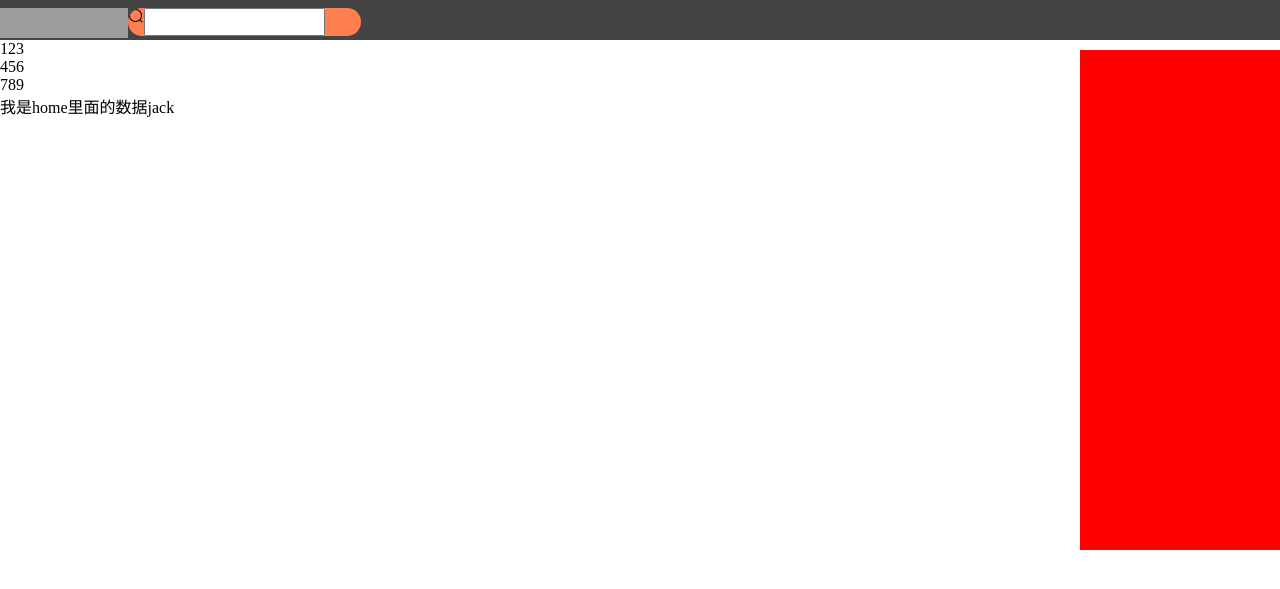
Repository: jinggegeZ/cnode
Page: /
An editor plug-in stored every save of this project. The page is shown before and after the next save, followed by the edit.
The browser window is 1280 px wide. The pictures show the whole page.
Pictures or frames that could not be fetched are drawn as grey boxes. The project was rebuilt for these pictures with package versions that can differ from the ones it lists, and the page was loaded fresh each time.

Above is the page before, as saved 2020-06-05 11:55:45.

After the next save:
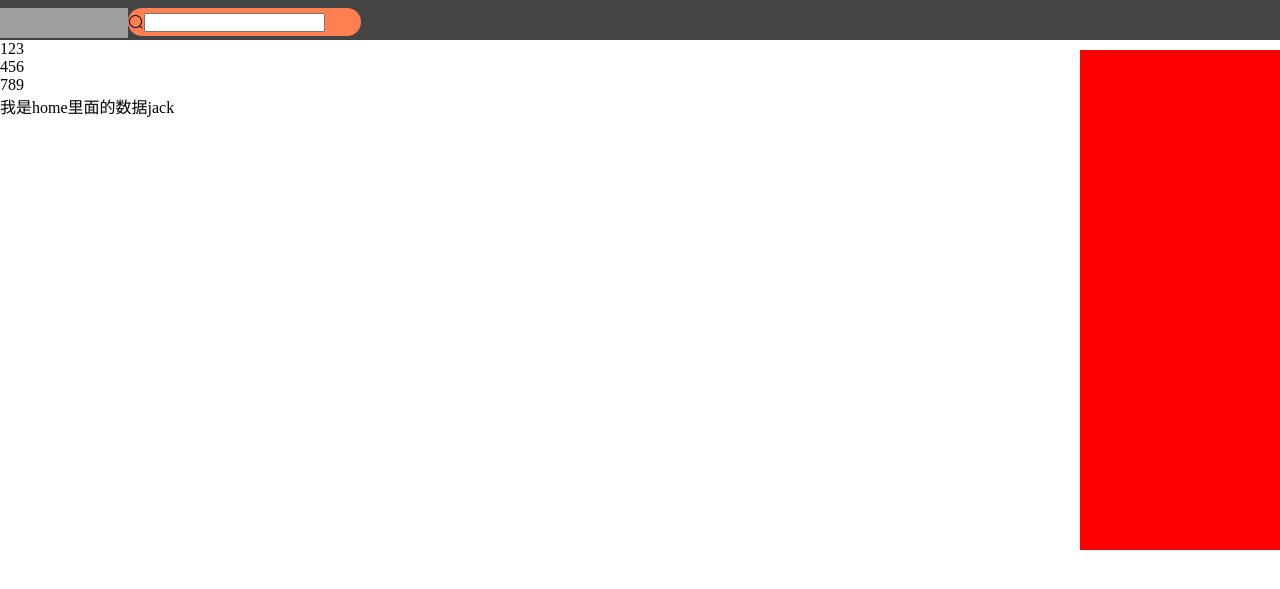
Saved 8 s later.
--- a/src/components/top/top.vue
+++ b/src/components/top/top.vue
@@ -58,7 +58,7 @@ export default {
   border-radius: 50px !important;
   overflow: hidden;
   display: flex;
-  align-content: center;
+  align-items: center;
   background: coral;
 }
 </style>
